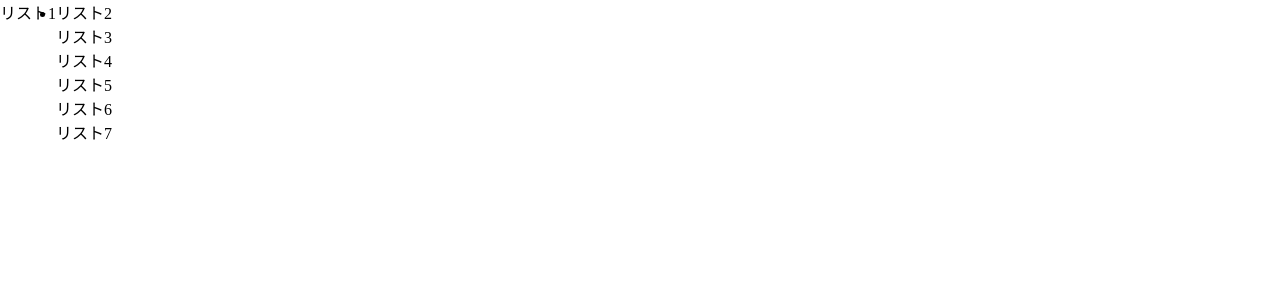
Repository: daisuketoyota/dmmwebxamp-toyota
Page: exsize8/index.html
The author's editor kept a record of every edit. The page is drawn from the files as they stood at one moment, then again after the next edit.
The browser window is 1280 px wide. The pictures show the whole page.

Above is the page before.

### exsize8/index.html
<!DOCTYPE html>
<html lang="ja">
  <head>
    <meta charset="UTF-8" />
    <!-- CSSファイルの読み込み -->
    <link rel="stylesheet" href="style.css" />
    <title>exsize8</title>
  </head>

  <body>
     <ul class="box-list">
     <li class="risuto1">リスト1</div>
     <li class="risuto2">リスト2</div>
     <div class="risuto3">リスト3</div>
     <div class="risuto4">リスト4</div>
     <div class="risuto5">リスト5</div>
     <div class="risuto6">リスト6</div>
     <div class="risuto7">リスト7</div>
     </ul>
  </body>
  <main>
      <section class="main-boxs">
      <div class="main-first">
          <div class"main-first-box1"></div>
          <div class"main-first-box2"></div>
          <div class"main-first-box3"></div>
      </div>
      <div class="main-second">
          <div class"main-second-box1"></div>
          <div class"main-second-box2"></div>
          <div class"main-second-box3"></div>
      </div>
      <div class="main-third">
          <div class"main-third-box1"></div>
          <div class"main-third-box2"></div>
          <div class"main-third-box3"></div>
      </div>
      </section>
  </main>
  <footer>

  </footer>
 </html>

### exsize8/style.css
* {
  margin: 0;
  padding: 0;
  box-sizing: border-box;
}

main {
  width: 960px;
  margin: 50px auto;
}

.item-list {
  margin-bottom: 50px;
}

.item {
  padding: 20px;
  list-style: none;
}

.item:nth-child(odd) {
  background-color: #eee;
}

.box-list {
    display: flex;
    flex-wrap: wrap;
}

.box {
  background-color: #ffd700;
  width: 30%;
  height: 200px;
  margin-right: 5%;
  margin-bottom: 40px;
  font-size: 80px;
  text-align: center;
  text-shadow:inherit;
}

.box:first-child,
.box:nth-child(5),
.box:last-child {
  background-color: #ff8c00;
}

.box:nth-child(3n) {
  margin-right: 0;
}

.box:nth-last-child(-n + 3) {
  margin-bottom: 0;
}

After the next edit:
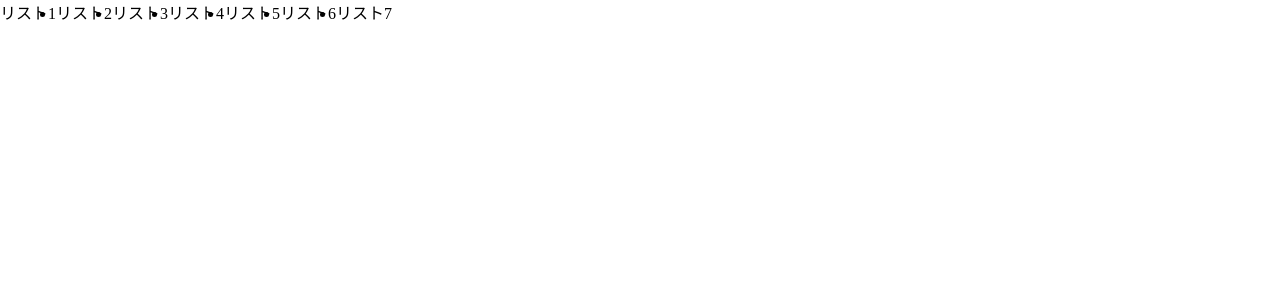
The edit:
--- a/exsize8/index.html
+++ b/exsize8/index.html
@@ -11,11 +11,11 @@
      <ul class="box-list">
      <li class="risuto1">リスト1</div>
      <li class="risuto2">リスト2</div>
-     <div class="risuto3">リスト3</div>
-     <div class="risuto4">リスト4</div>
-     <div class="risuto5">リスト5</div>
-     <div class="risuto6">リスト6</div>
-     <div class="risuto7">リスト7</div>
+     <li class="risuto3">リスト3</div>
+     <li class="risuto4">リスト4</div>
+     <li class="risuto5">リスト5</div>
+     <li class="risuto6">リスト6</div>
+     <li class="risuto7">リスト7</div>
      </ul>
   </body>
   <main>
